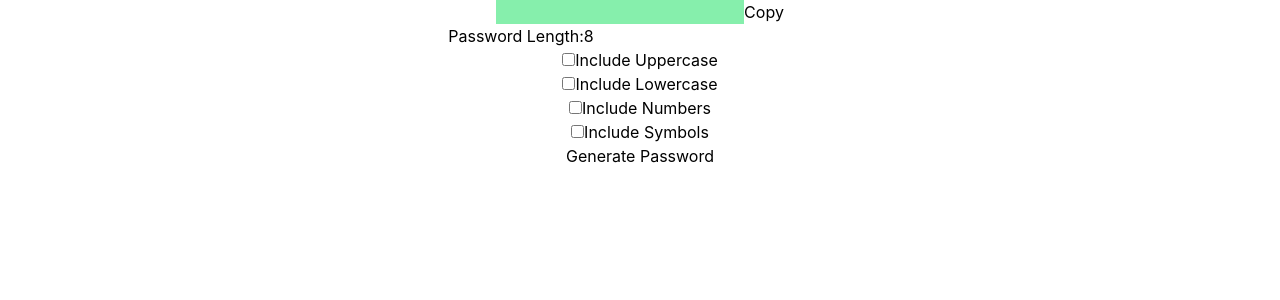
Repository: sriram1224/Password-generator
Page: / (app in password-generator/)
These files come from the project's save history. The page is drawn as it stood at one moment and after the next save; the edit follows.
The browser window is 1280 px wide. The pictures show the whole page.
Some web libraries are served in a nearby version. The project was rebuilt for these pictures with package versions that can differ from the ones it lists, and the page was loaded fresh each time.

Above is the page before, as saved 2024-03-10 21:21:33.

After the next save:
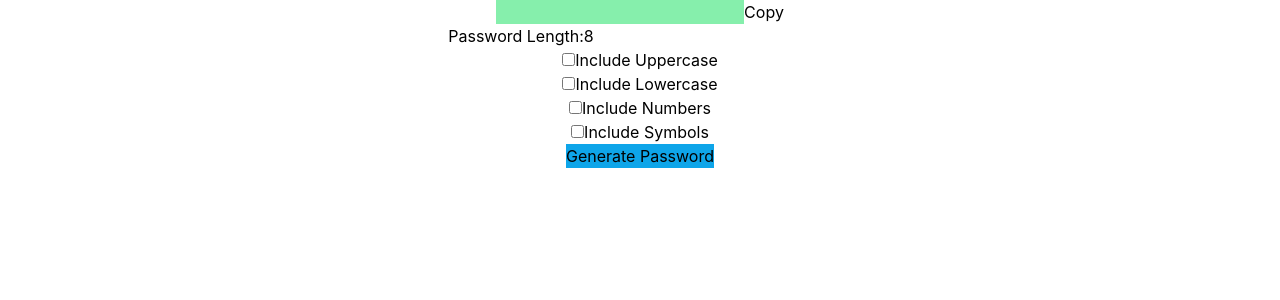
Saved 38 s later.
--- a/password-generator/src/Components/content.js
+++ b/password-generator/src/Components/content.js
@@ -71,7 +71,7 @@ const PasswordGenerator = () => {
         </label>
       </div>
 
-          <button onClick={generatePassword}>Generate Password</button>
+          <button onClick={generatePassword} class="bg-sky-500/100">Generate Password</button>
     </div>
   );
 };
